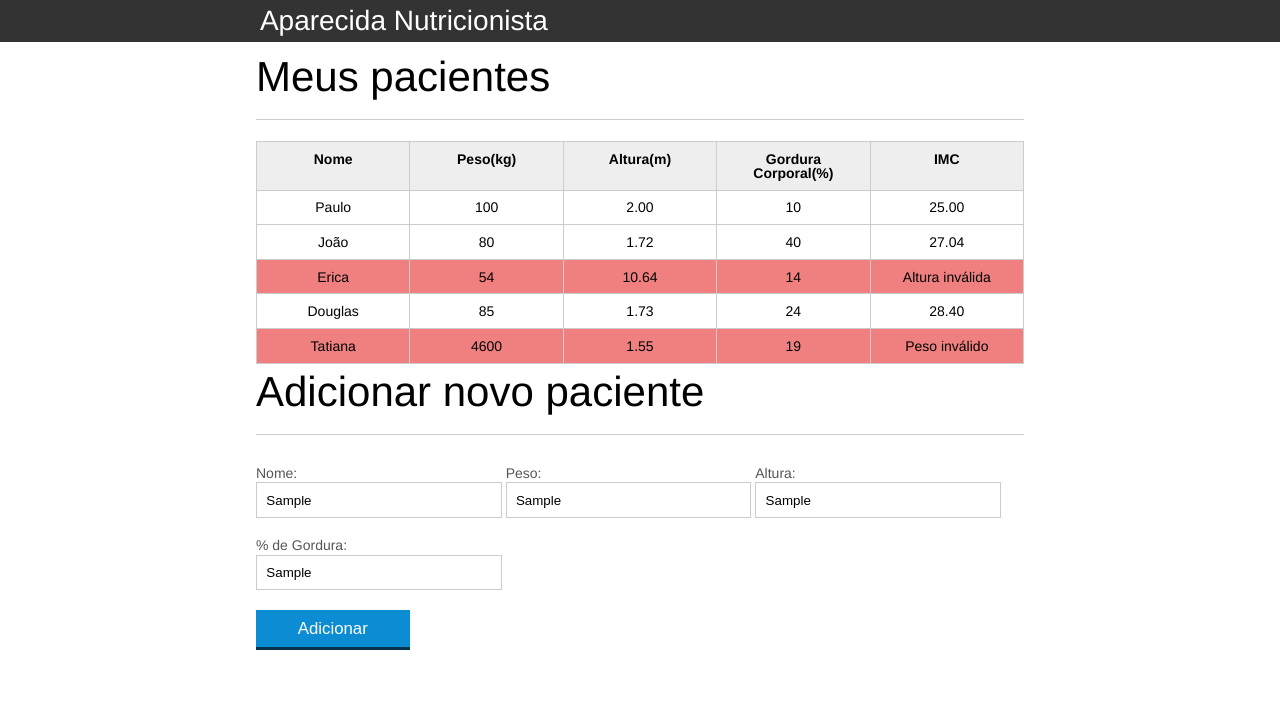
Repository: prof-fernando-alves/introducao-javascript
Page: index.html
These files come from the project's save history. The page is drawn as it stood at one moment and after the next save; the edit follows.
The browser window is 1280 px wide. The pictures show the whole page.
Empty fields were first filled with sample values (such as "Sample", 5 or name@example.com).
After loading, the first visible `#adicionar-paciente` was clicked once.

Above is the page before, as saved 2021-10-07 17:01:47.
Console error: ReferenceError: pac is not defined

### index.html
<!DOCTYPE html>
<html lang="pt-br">
	<head>
		<meta charset="UTF-8">
		<title>Aparecida Nutrição</title>
		<link rel="icon" href="favicon.ico" type="image/x-icon">
		<link rel="stylesheet" type="text/css" href="css/reset.css">
		<link rel="stylesheet" type="text/css" href="css/index.css">

	</head>
	<body>

		<header>
			<div class="container">
				<h2 class="titulo">Aparecida Nutrição</h2>
			</div>
		</header>
		<main>
			<section class="container">
				<h2>Meus pacientes</h2>
				<table>
					<thead>
						<tr>
							<th>Nome</th>
							<th>Peso(kg)</th>
							<th>Altura(m)</th>
							<th>Gordura Corporal(%)</th>
							<th>IMC</th>
						</tr>
					</thead>
					<tbody id="tabela-pacientes">
						<tr class="paciente" id="primeiro-paciente">
							<td class="info-nome">Paulo</td>
							<td class="info-peso">100</td>
							<td class="info-altura">2.00</td>
							<td class="info-gordura">10</td>
							<td class="info-imc">0</td>
						</tr>

						<tr class="paciente" >
							<td class="info-nome">João</td>
							<td class="info-peso">80</td>
							<td class="info-altura">1.72</td>
							<td class="info-gordura">40</td>
							<td class="info-imc">0</td>
						</tr>

						<tr class="paciente" >
							<td class="info-nome">Erica</td>
							<td class="info-peso">54</td>
							<td class="info-altura">10.64</td>
							<td class="info-gordura">14</td>
							<td class="info-imc">0</td>
						</tr>

						<tr class="paciente">
							<td class="info-nome">Douglas</td>
							<td class="info-peso">85</td>
							<td class="info-altura">1.73</td>
							<td class="info-gordura">24</td>
							<td class="info-imc">0</td>
						</tr>
						<tr class="paciente" >
							<td class="info-nome">Tatiana</td>
							<td class="info-peso">4600</td>
							<td class="info-altura">1.55</td>
							<td class="info-gordura">19</td>
							<td class="info-imc">0</td>
						</tr>
					</tbody>
				</table>

			</section>
		</main>
		<!-- ... -->
		<section class="container">
			<h2 id="titulo-form">Adicionar novo paciente</h2>
			<form id="form-adiciona">
				<div class="grupo">
					<label for="nome">Nome:</label>
					<input id="nome" name="nome" type="text" placeholder="digite o nome do seu paciente" class="campo">
				</div>
				<div class="grupo">
					<label for="peso">Peso:</label>
					<input id="peso" name="peso" type="text" placeholder="digite o peso do seu paciente" class="campo campo-medio">
				</div>
				<div class="grupo">
					<label for="altura">Altura:</label>
					<input id="altura" name="altura" type="text" placeholder="digite a altura do seu paciente" class="campo campo-medio">
				</div>
				<div class="grupo">
					<label for="gordura">% de Gordura:</label>
					<input id="gordura" type="text" placeholder="digite a porcentagem de gordura do seu paciente" class="campo campo-medio">
				</div>

				<button id="adicionar-paciente" class="botao bto-principal">Adicionar</button>
			</form>
		</section>

		<script src="js/principal.js" ></script>
		<script src="js/calcula-imc.js"></script>

	</body>
</html>

### css/index.css
*{
	box-sizing: border-box;
 }

body{
	font-family: "Helvetica Neue", "Helvetica", Helvetica, Arial, sans-serif;
	font-size: 14px;
}

header{
	background-color: #333;
	height: 3em;
	color: #FFF;
	margin-bottom: 1em;
}

header h1{
	font-size: 2em;
	display:inline-block;
	vertical-align:	middle;
}
header h2{
	font-size: 2em;
	display:inline-block;
	vertical-align:	middle;
}

header .container:before{
	content: '';
	display:inline-block;
	height: 100%;
	vertical-align:	middle;
}

.container{
	width: 60%;
	height: 100%;
	margin: 0 auto;
}

section{
	margin: 2em 0;
	overflow: hidden;
}

section h2{
	font-size: 3em;
	display: block;
	padding-bottom: .5em;
	border-bottom: 1px solid #ccc;
	margin-bottom: .5em;
}

table{
	width: 100%;
	margin-bottom : .5em;
    table-layout: fixed;

}

td, th {
	padding: .7em;
	margin: 0;
	border: 1px solid #ccc;
	text-align: center;
}

th{
	font-weight: bold;
	background-color: #EEE;
}

label{
	color: #555;
	display: block;
	margin-bottom: .2em;
}

.campo{
	margin: 0;
	padding-bottom: 1em;
	width: 100%;
	border: 1px solid #ccc;
	padding: .7em;
	width: 100%;
}

.campo-medio{
	display: inline-block;
	padding-right: .5em;
}

.grupo{
	width: 32%;
	display: inline-block;
	padding: 10px 0px;
}

button{
	padding: .5em 2em;
	border: 0;
	border-bottom: 3px solid;
	font-size: 1.2em;
	cursor: pointer;
	margin: 0;
	margin-top: -3px;
	color: #fff;
	background-color:#0c8cd3;
	border-color: #04324c;
	width: 20%;
    display: block;
    clear: both;
    margin: 10px 0px;

}

button:active{
	margin-top:0px;
	border: 0;
}

button[disabled=disabled], button:disabled {
    background-color: gray;
	border-color: darkgray;

}

.adicionar-paciente{
    margin-top: 30px;
}

.campo-invalido{
	border: 1px solid red;
}

.paciente-invalido{
	background-color : lightcoral;
}

### js/principal.js
    var botaoAdicionar = document.querySelector("#adicionar-paciente")
        botaoAdicionar.addEventListener("click", function(){
            event.preventDefault()
            var form = document.querySelector("#form-adiciona")

            var paciente = obtemPacienteDoFormulario(form)
            var pacienteTr = montaTr(pac)
            var tabela = document.querySelector("#tabela-pacientes");

            tabela.appendChild(pacienteTr);
        })

    function obtemPacienteDoFormulario(form) {
        var paciente = {
             nome : form.nome.value,
             peso : form.peso.value,
             altura : form.altura.value,
             gordura : form.gordura.value,
             imc: calculaImc(form.peso.value, form.altura.value)
        }
        return paciente
    }

    function montaTr(paciente){
        var pacienteTr = document.createElement("tr");

        pacienteTr.classList.add("paciente")

        pacienteTr.appendChild(montaTd(paciente.nome, "info-nome"))
        pacienteTr.appendChild(montaTd(paciente.peso, "info-peso"))
        pacienteTr.appendChild(montaTd(paciente.altura, "info-altura"))
        pacienteTr.appendChild(montaTd(paciente.gordura, "info-gordura"))
        pacienteTr.appendChild(montaTd(paciente.imc, "info-imc"))

        return pacienteTr
    }

    function montaTd(dado, classe) {
        var td = document.createElement("td")
        td.classList.add(classe)
        td.textContent = dado

        return td
    }

### js/calcula-imc.js
var titulo = document.querySelector(".titulo");
titulo.textContent = "Aparecida Nutricionista";

titulo.addEventListener("click", function(){
    console.log("Olá fui clicado por uma função anomnima")
})

var pacientes = document.querySelectorAll(".paciente");

for (var i=0; i < pacientes.length; i++){
        var paciente = pacientes[i]

        var tdPeso = paciente.querySelector(".info-peso");
        var peso = tdPeso.textContent;

        var tdAltura = paciente.querySelector(".info-altura");
        var altura = tdAltura.textContent;

        var tdImc = paciente.querySelector(".info-imc");

        var pesoEhValido = true;
        var alturaEhValida = true;

        if (peso <= 0 || peso >= 1000) {
            console.log("Peso inválido!");
            pesoEhValido = false;
            tdImc.textContent = "Peso inválido";
            paciente.classList.add("paciente-invalido")
        }

        if (altura <= 0 || altura >= 3.00) {
            console.log("Altura inválida!");
            alturaEhValida = false;
            tdImc.textContent = "Altura inválida";
            paciente.classList.add("paciente-invalido")

        }

        if (pesoEhValido && alturaEhValida) {
            var imc = calculaImc(peso,altura)
            tdImc.textContent = imc
        }
}
//Aula
function calculaImc (peso,altura){
        var imc = 0;

        imc = peso / (altura * altura);

        return imc.toFixed(2);

    }

Loaded but not shown: css/reset.css (common file)

After the next save:
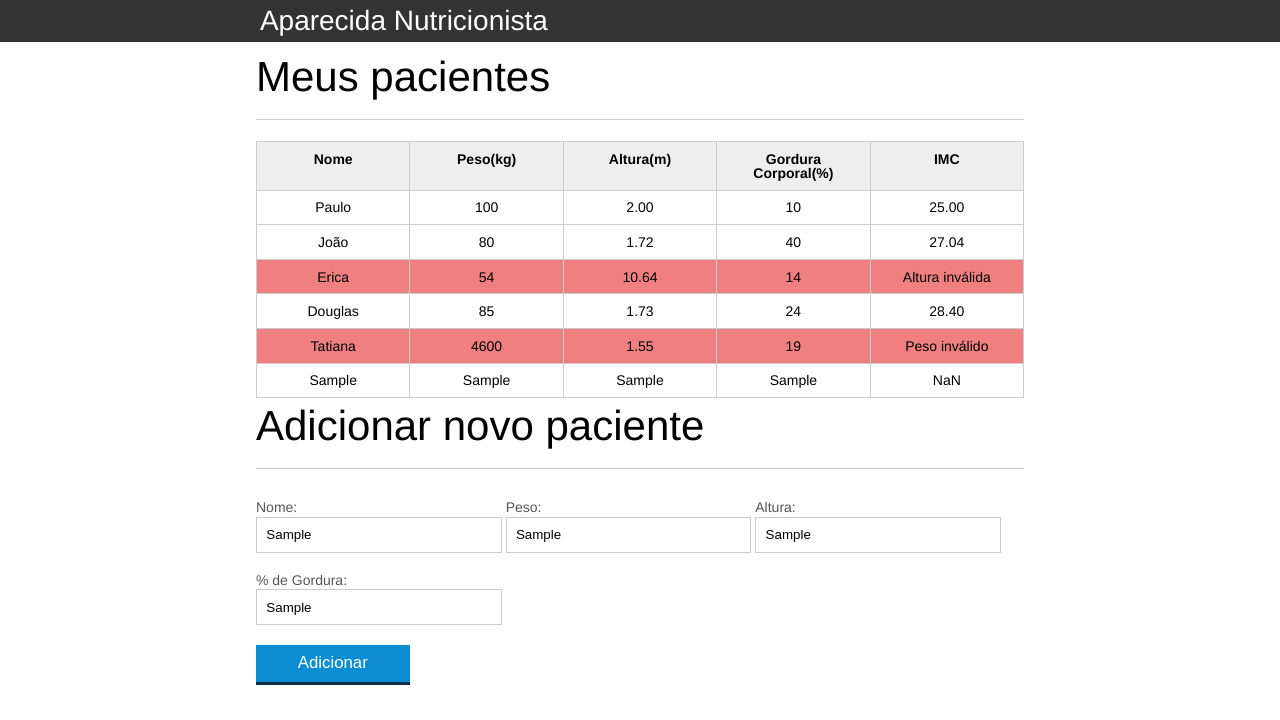
The error is gone.
Saved 5 s later.
--- a/js/principal.js
+++ b/js/principal.js
@@ -4,7 +4,7 @@
             var form = document.querySelector("#form-adiciona")
 
             var paciente = obtemPacienteDoFormulario(form)
-            var pacienteTr = montaTr(pac)
+            var pacienteTr = montaTr(paciente)
             var tabela = document.querySelector("#tabela-pacientes");
 
             tabela.appendChild(pacienteTr);
